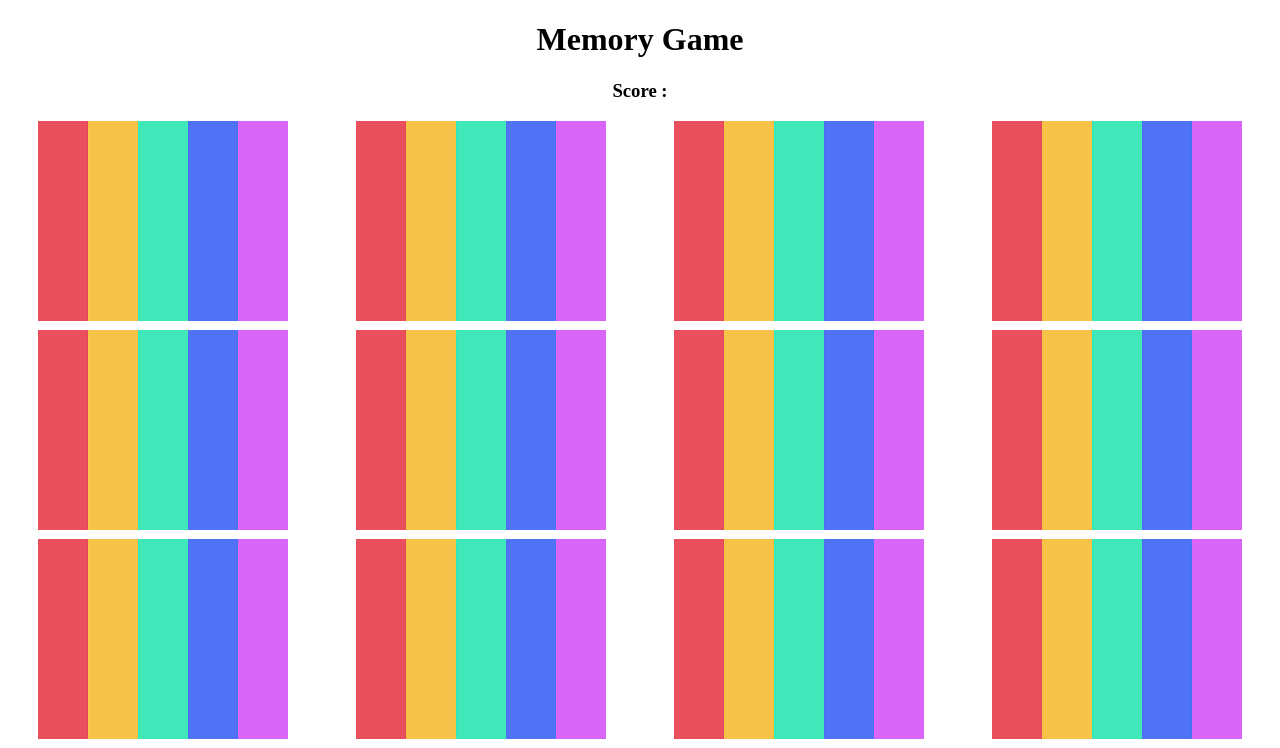
Repository: divyaravada/javascript-games
Page: memory-game/memorygame.html
The author's editor kept a copy of each file at every save. The page is drawn from the files as they stood at one save, then again after the next save.
The browser window is 1280 px wide. The pictures show the whole page.

Above is the page before, as saved 2022-03-15 17:30:16.

### memory-game/memorygame.html
<!DOCTYPE html>
<html lang="en">
  <head>
    <meta charset="UTF-8" />
    <title>Memory Game</title>
    <link rel="stylesheet" href="./memorystyle.css" />
  </head>
  <body>
    <div>
      <h1>Memory Game</h1>
    </div>

    <div>
      <h3>Score : <span id="result"></span></h3>
    </div>

    <div class="fitcontent">
      <div id="grid"></div>
    </div>

    <script src="./memory.js"></script>
  </body>
</html>

### memory-game/memorystyle.css
* {
  text-align: center;
  align-items: center;
  justify-content: center;
}
#grid {
  display: grid;
  grid-template-columns: repeat(auto-fill, minmax(299px, 1fr));
  grid-gap: 0.5rem;
  justify-items: center;
  margin: 0;
  padding: 0;
}
#grid img {
  width: 250px;
  height: 200px;
  padding: 0.5px;
}
.fitcontent {
  text-align: center;
}

### memory-game/memory.js
const cardArray = [
  {
    name: "redcar",
    img: "images/redcar.png",
  },
  {
    name: "whitecar",
    img: "images/whitecar.png",
  },

  {
    name: "greencar",
    img: "images/greencar.png",
  },
  {
    name: "browncar",
    img: "images/browncar.png",
  },
  {
    name: "bluecar",
    img: "images/bluecar.jpg",
  },
  {
    name: "blackcar",
    img: "images/blackcar.png",
  },
  {
    name: "redcar",
    img: "images/redcar.png",
  },
  {
    name: "whitecar",
    img: "images/whitecar.png",
  },

  {
    name: "greencar",
    img: "images/greencar.png",
  },
  {
    name: "browncar",
    img: "images/browncar.png",
  },
  {
    name: "bluecar",
    img: "images/bluecar.jpg",
  },
  {
    name: "blackcar",
    img: "images/blackcar.png",
  },
];

cardArray.sort(() => 0.5 - Math.random());

const gridDisplay = document.querySelector("#grid");
const resultDisplay = document.querySelector("#result");
let cardsChoosen = [];
let cardsChoosenIds = [];
const cardsWon = [];

function createBoard() {
  for (let i = 0; i < cardArray.length; i++) {
    const card = document.createElement("img");
    card.setAttribute("src", "images/rainbow.png");
    card.setAttribute("data-id", i);
    card.addEventListener("click", flipCard);
    gridDisplay.appendChild(card);
  }
}
createBoard();

function checkMatch() {
  const cards = document.querySelectorAll("img");
  const optionOneId = cardsChoosenIds[0];
  const optionTwoId = cardsChoosenIds[1];
  if (optionOneId == optionTwoId) {
    cards[optionOneId].setAttribute("src", "images/rainbow.png");
    cards[optionTwoId].setAttribute("src", "images/rainbow.png");
    alert("You have clicked the same image!");
  }

  if (cardsChoosen[0] == cardsChoosen[1]) {
    alert("You found a match");
    cards[optionOneId].setAttribute("src", "images/white.png");
    cards[optionTwoId].setAttribute("src", "images/white.png");
    cards[optionOneId].removeEventListener("click", flipCard);
    cards[optionTwoId].removeEventListener("click", flipCard);
    cardsWon.push(cardsChoosen);
  } else {
    cards[optionOneId].setAttribute("src", "images/rainbow.png");
    cards[optionTwoId].setAttribute("src", "images/rainbow.png");
    alert("Sorry Try again!");
  }
  resultDisplay.textContent = cardsWon.length;
  cardsChoosen = [];
  cardsChoosenIds = [];

  if (cardsWon.length == cardArray.length / 2) {
    resultDisplay.textContent = "Congratulations you found them all";
  }
}

function flipCard() {
  const cardId = this.getAttribute("data-id");
  cardsChoosen.push(cardArray[cardId].name);
  cardsChoosenIds.push(cardId);
  this.setAttribute("src", cardArray[cardId].img);
  if (cardsChoosen.length === 2) {
    setTimeout(checkMatch, 500);
  }
}

After the next save:
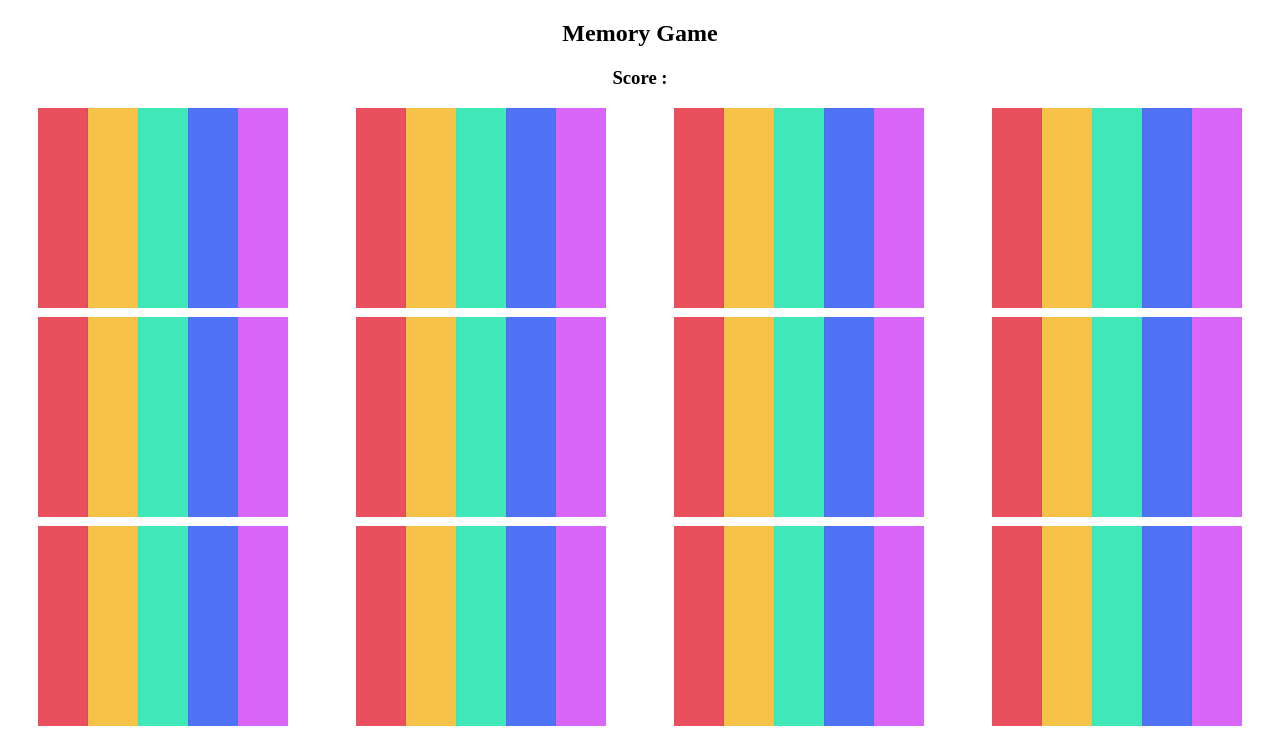
Saved 24 s later.
--- a/memory-game/memorygame.html
+++ b/memory-game/memorygame.html
@@ -7,7 +7,7 @@
   </head>
   <body>
     <div>
-      <h1>Memory Game</h1>
+      <h2>Memory Game</h2>
     </div>
 
     <div>
